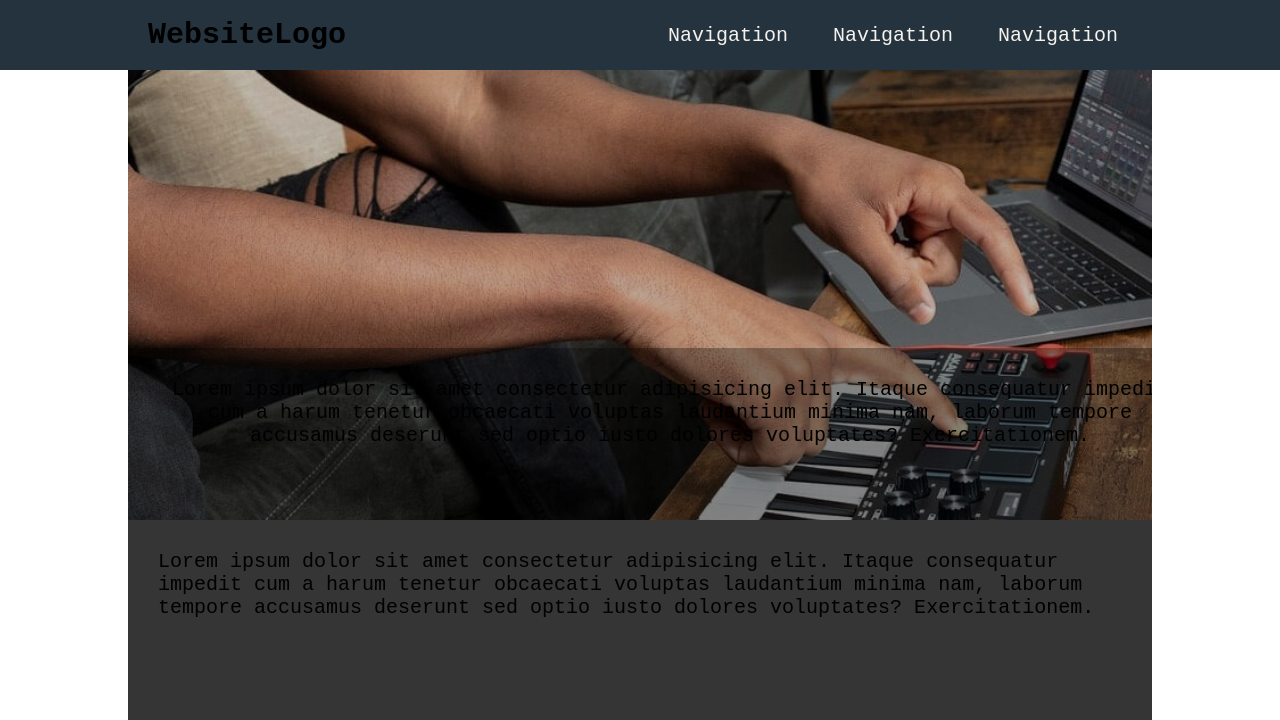
Repository: piotrokrutniak/Projekt-Studia
Page: index.html
The author's editor kept a copy of each file at every save. The page is drawn from the files as they stood at one save, then again after the next save.
The browser window is 1280 px wide. The pictures show the whole page.

Above is the page before, as saved 2023-03-04 14:15:43.

### index.html
<!DOCTYPE html>
<head>
    <meta charset="UTF-8" />
    <meta http-equiv="X-UA-Compatible" content="IE=edge" />
    <meta name="viewport" content="width=device-width, initial-scale=1.0" />
    <link rel="stylesheet" type="text/css" href="styles.css" />
    <title>Website Title</title>
</head>
<body>
    <div class="navbar-container">
        <div class="navbar">
            <div class="logo">
                <div class="logo-contents">
                    WebsiteLogo
                </div>
            </div>
            <div class="navigation">
                <a href="/index" class="navigation-link">
                    <div class="navigation-button">
                        Navigation
                    </div>
                </a>
                <a href="/index" class="navigation-link">
                    <div class="navigation-button">
                        Navigation
                    </div>
                </a>
                <a href="/index" class="navigation-link">
                    <div class="navigation-button">
                        Navigation
                    </div>
                </a>
            </div>
        </div>
    </div>

    <div class="main-section">
        <div class="carousel-section">
            <img class="carousel-img" src="img/Hero-2.jpg" alt="MIDI controller on a table">
            <div class="carousel-desc">
                Lorem ipsum dolor sit amet consectetur adipisicing elit. Itaque consequatur impedit cum a harum tenetur obcaecati voluptas laudantium minima nam, laborum tempore accusamus deserunt sed optio iusto dolores voluptates? Exercitationem.

            </div>
        </div>
        <div class="text-section">
        Lorem ipsum dolor sit amet consectetur adipisicing elit. Itaque consequatur impedit cum a harum tenetur obcaecati voluptas laudantium minima nam, laborum tempore accusamus deserunt sed optio iusto dolores voluptates? Exercitationem.
        </div>
    </div>
</body>

### styles.css
:root{
    --nav-link-width: 150px;
}

body{
    font-family: monospace;
    margin: 0;
    min-width: 328px;
}

.navbar-container{
    width: 100%;
    height: 70px;
    background: rgb(36, 51, 61);
    position: sticky;
    top: 0;
    max-width: 100%;
    overflow: hidden;

}

.navbar{
    position: relative;
    max-width: 1024px;
    min-width: 328px;
    height: 50px;
    top: 0px;
    margin: auto;
    display: flex;
    flex-direction:row;
    justify-content: space-between;
    top: 50%;
    -ms-transform: translateY(-50%);
    transform: translateY(-50%);
    font-size: 20px;
}

a{
    text-decoration: none;
    color:rgba(245, 242, 238);
}

.navigation{
    display: grid;
    grid-template-columns: var(--nav-link-width) var(--nav-link-width) var(--nav-link-width);
    grid-gap: 15px;
    padding-right: 20px;
}

.navigation-link{
    position: relative;
    padding-left: 15px;
    padding-right: 15px;
    transition: 0.15s;
    transition-timing-function: ease-in-out;
    border: 1px solid;
    border-radius: 5px;
    border-color: rgba(255, 255, 255, 0);
}

.navigation-link:hover{
    border-color: rgba(255, 255, 255, 0.103);

}

.navigation-button{
    text-align: center;
    position: relative;
    top: 50%;
    -ms-transform: translateY(-50%);
    transform: translateY(-50%);
}

.logo{
    position: relative;
    height: 49px;
    padding-left: 20px;
    padding-right: 20px;
    font-weight: 900;
    font-size: 30px;
}

.logo-contents{
    text-align: center;
    position: relative;
    top: 50%;
    -ms-transform: translateY(-50%);
    transform: translateY(-50%);
}

.main-section{
    position: relative;
    max-width: 1024px;
    min-width: 328px;
    min-height: calc(100vh - 70px);
    margin: auto;
    font-size: 20px;
    background: rgb(53, 53, 53);
}

.carousel-section{
    position: relative;
    width: 100%;
    height: 450px;
    background: floralwhite;
}

@media screen and (max-width:750px){
    .carousel-section{
        min-height: 300px;
        height: auto;
    }
}

.carousel-section{
    background: black;
    max-width: 100%;
    width: 100%;
    text-align:center;
    position: sticky;
    margin: auto;
    max-height:calc(100vh - 80px);
    min-height: 250px;
    overflow: hidden;
}

.carousel-img{
    width: 100%;
    max-height:calc(100vh - 80px);
    display: flex;
    position: sticky;
    flex-shrink:0;
    object-fit:cover;
    min-height: 250px;
    object-fit: cover;
    opacity: 0.75;
}

.carousel-desc{
    position: absolute;
    bottom: 0px;
    width: 100%;
    max-width: 100%;
    background: rgba(0, 0, 0, 0.315);
    height: 25%;
    min-height: 50px;
    max-width: 1024px;
    min-width: 328px;
    padding: 30px;
}

.text-section{
    padding: 30px;
}

After the next save:
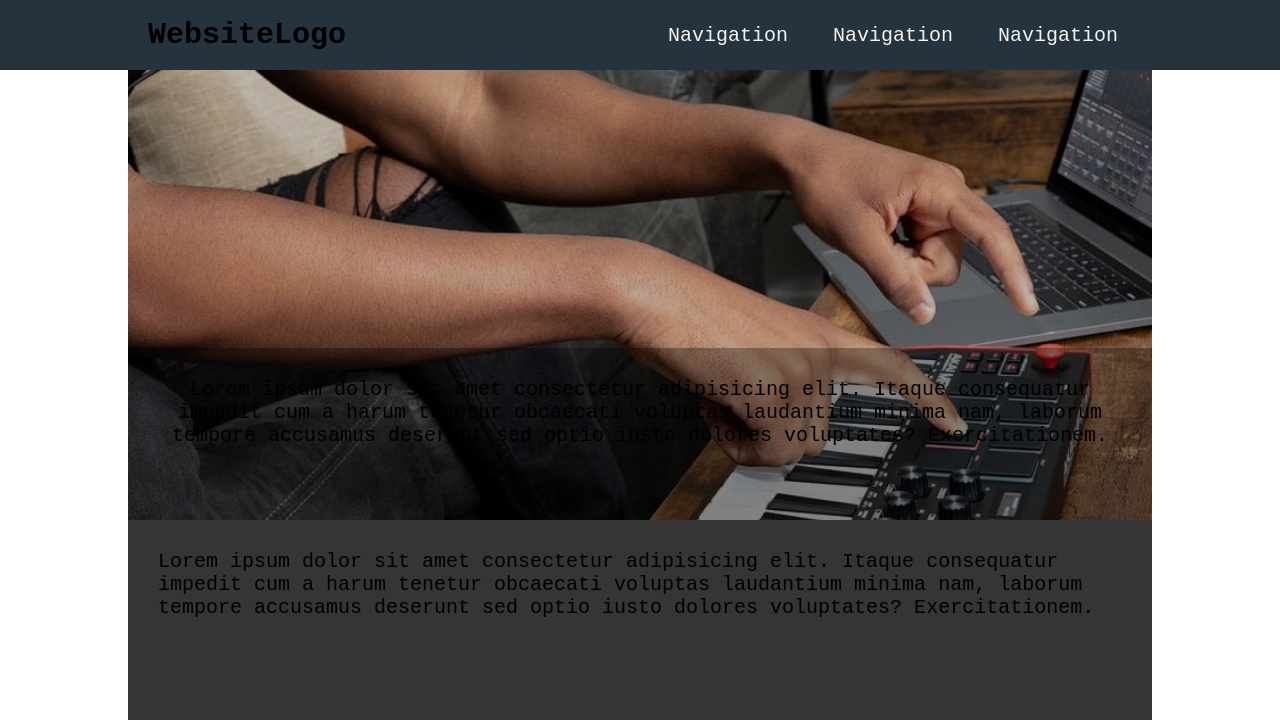
Saved 16 s later.
--- a/styles.css
+++ b/styles.css
@@ -139,7 +139,7 @@ a{
 .carousel-desc{
     position: absolute;
     bottom: 0px;
-    width: 100%;
+    width: calc(100% - 60px);
     max-width: 100%;
     background: rgba(0, 0, 0, 0.315);
     height: 25%;
